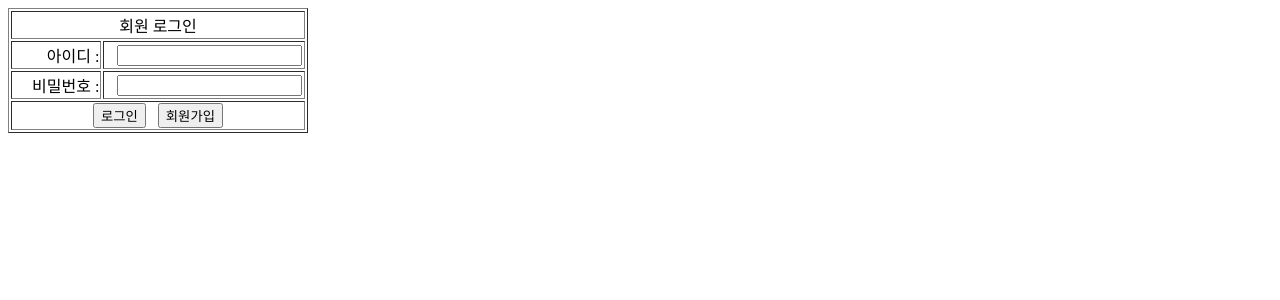
Repository: YEUMSEHWAN/JSP-Study
Page: http://localhost/ServletProjet/memberone/login.jsp
An editor plug-in stored every save of this project. The page is shown before and after the next save, followed by the edit.
The browser window is 1280 px wide. The pictures show the whole page.
The page is served by Tomcat 9.

Above is the page before, as saved 2022-08-10 02:48:11.

After the next save:
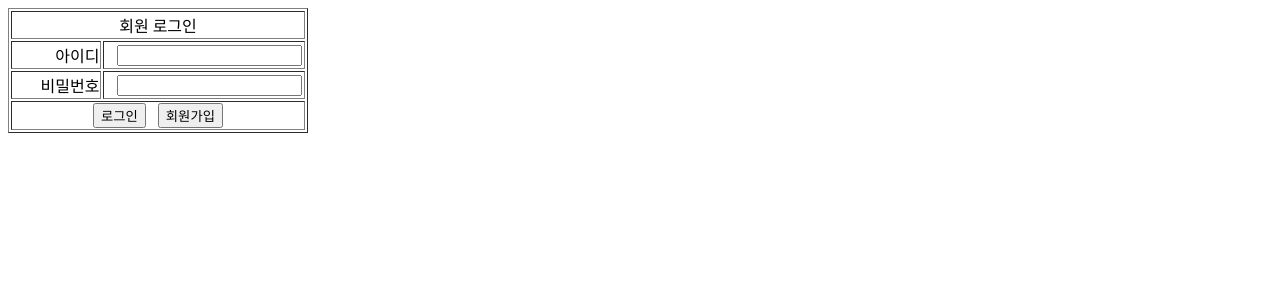
Saved 3 min 1 s later.
--- a/ServletProjet/src/main/webapp/memberone/login.jsp
+++ b/ServletProjet/src/main/webapp/memberone/login.jsp
@@ -15,14 +15,14 @@
 </tr>
 
 <tr>
-	<td align = "right" width = "100">아이디 : </td>
+	<td align = "right" width = "100">아이디</td>
 	<td width = "200">&nbsp;&nbsp;
 		<input type = "text" name = "id" size = "20">
 	</td>
 </tr>
 
 <tr>
-	<td align = "right" width = "100">비밀번호 : </td>
+	<td align = "right" width = "100">비밀번호</td>
 	<td width = "200">&nbsp;&nbsp;
 		<input type = "password" name = "pass" size = "20">
 	</td>
